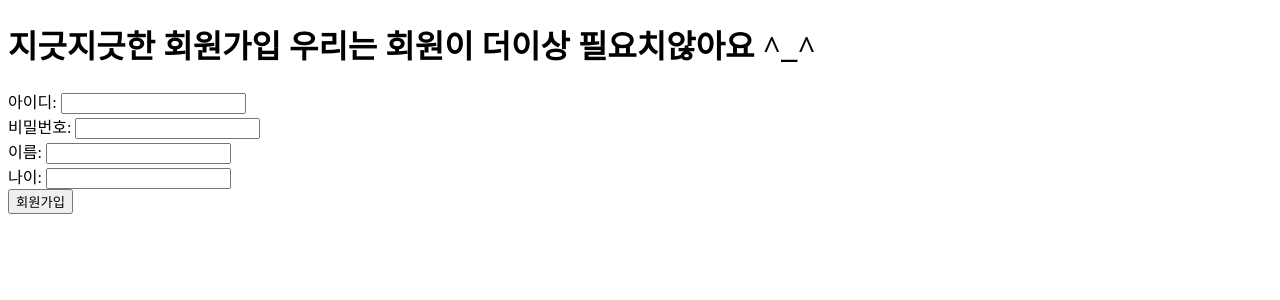
Repository: SouthSea0613/401_Unauthorized_java
Page: http://localhost/1129/joinform.jsp
The author's editor kept a copy of each file at every save. The page is drawn from the files as they stood at one save, then again after the next save.
The browser window is 1280 px wide. The pictures show the whole page.
The page is served by Tomcat 9. Other server files are loaded and not shown.

Above is the page before, as saved 2024-11-29 06:18:50.

### 1129/src/main/webapp/joinform.jsp
<%@ page language="java" contentType="text/html; charset=UTF-8"
    pageEncoding="UTF-8"%>
<!DOCTYPE html>
<html>
<head>
<meta charset="UTF-8">
<title>Insert title here</title>
</head>
<body>
<h1>지긋지긋한 회원가입 우리는 회원이 더이상 필요치않아요 ^_^</h1>
<form action="join">
아이디: <input type="text" name="id"><br>
<!-- 파라미터네임을 네임에 넣자 -->
비밀번호: <input type="text" name="pw"><br>
이름: <input type="text" name="name"><br>
나이: <input type="text" name="age"><br>
<input type="submit" value="회원가입">
</form>
</body>
</html>

After the next save:
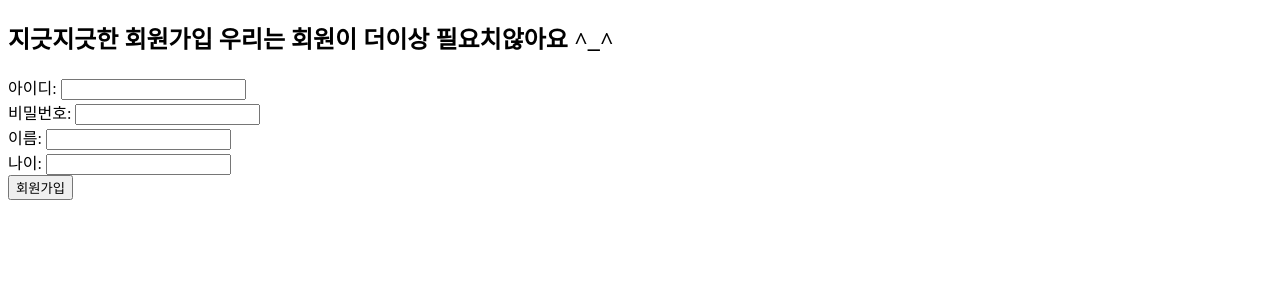
Saved 12 s later.
--- a/1129/src/main/webapp/joinform.jsp
+++ b/1129/src/main/webapp/joinform.jsp
@@ -7,7 +7,7 @@
 <title>Insert title here</title>
 </head>
 <body>
-<h1>지긋지긋한 회원가입 우리는 회원이 더이상 필요치않아요 ^_^</h1>
+<h2>지긋지긋한 회원가입 우리는 회원이 더이상 필요치않아요 ^_^</h2>
 <form action="join">
 아이디: <input type="text" name="id"><br>
 <!-- 파라미터네임을 네임에 넣자 -->
